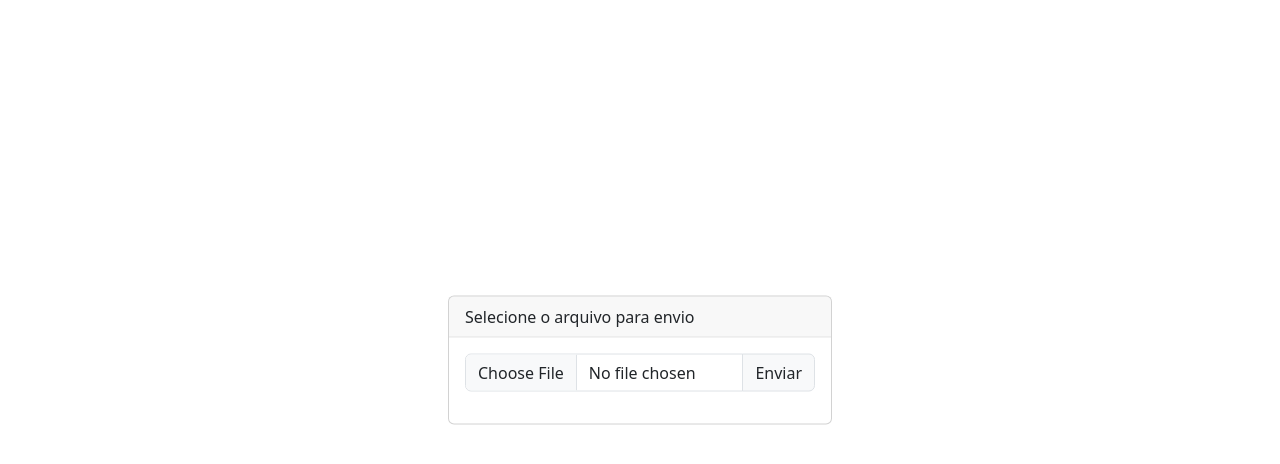
Repository: vandrecx/utilitaries
Page: http://localhost/login_archive/adminpage.php
An editor plug-in stored every save of this project. The page is shown before and after the next save, followed by the edit.
The browser window is 1280 px wide. The pictures show the whole page.
The page is run by PHP 8.4 with error messages shown; the project is at /var/www/html/. The session is filled in as if someone had signed in: {"ID": "testuser", "Email": "test@example.com", "Name": "testuser"}.

Above is the page before, as saved 2024-04-25 10:56:29.

After the next save:
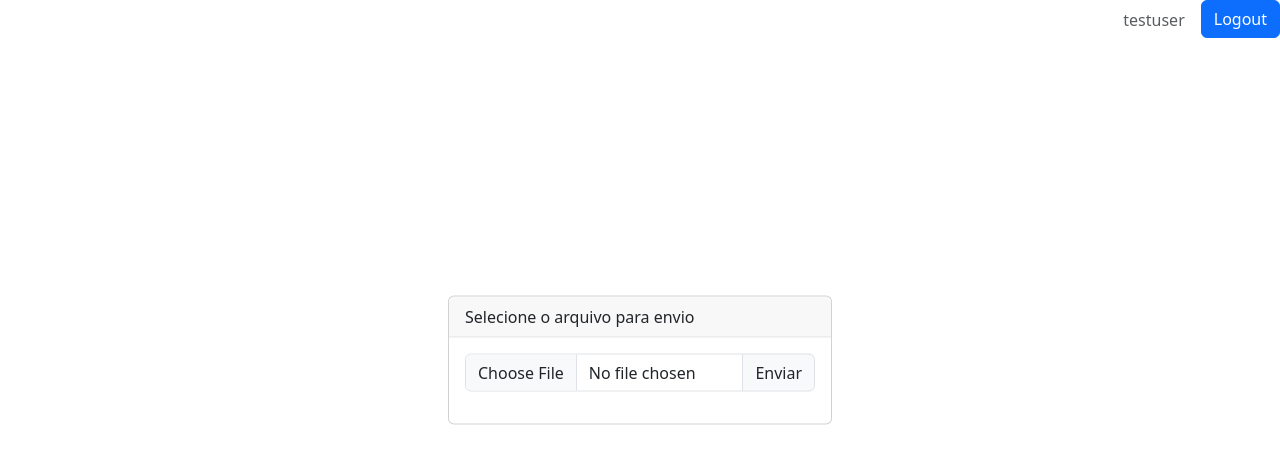
Saved 2 min 54 s later.
--- a/login_archive/adminpage.php
+++ b/login_archive/adminpage.php
@@ -24,6 +24,14 @@ if (!isset($_SESSION['ID'])) {
     <title>Página do Administrador</title>
 </head>
 <body>
+    <ul class="nav justify-content-end">
+        <li class="nav-item">
+            <a class="nav-link disabled" aria-current="page" ><?php echo "$user_name"?></a>
+        </li>
+        <li class="nav-item">
+            <a href="LogOut.php" class="btn btn-primary">Logout</a>
+        </li>
+    </ul>
     <div class='card' style='width: 30%; justify-content: center; position: absolute; top: 50%; left: 50%; transform: translate(-50%, -50%);'>
         <div class="card-header">
             Selecione o arquivo para envio
